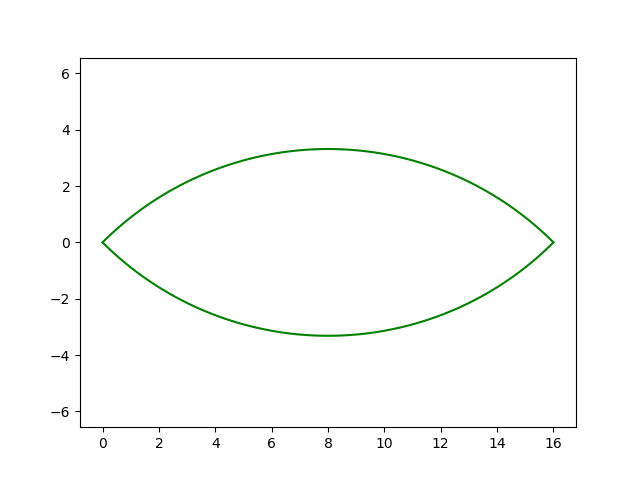
Repository: lbylzkx/Circle-Point-Manuscript
Script's output: python water-lily.py
An editor plug-in stored every save of this project. The script's output is shown before and after the next save, followed by the edit.
Random numbers start from a fixed seed.

Above is the script's output before, as saved 2023-10-01 15:30:34.

After the next save:
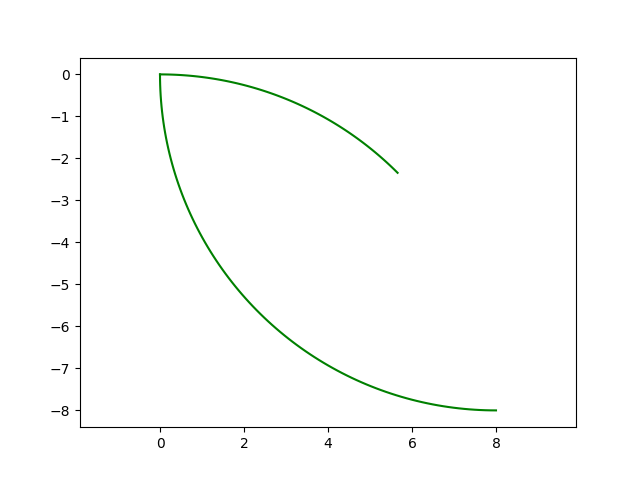
Saved 15 s later.
--- a/water-lily.py
+++ b/water-lily.py
@@ -64,6 +64,6 @@ color = ['r', 'g', 'b', 'c', 'm', 'y', 'k', 'w']
 
 # for i in range(0, 8):
 #     onepetal(i, color[i])
-onepetal(8, 'g')
+onepetal(7, 'g')
 plt.axis('equal')
 plt.show()
